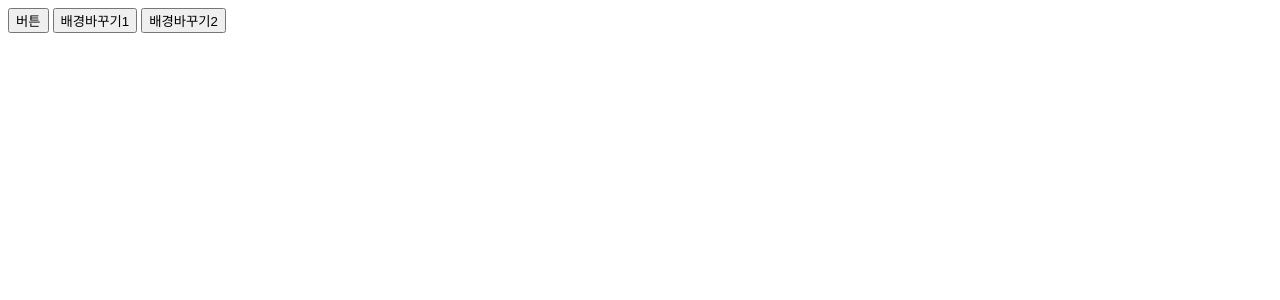
Repository: song-bean/Web_song
Page: 03_JavaScript/src/main/webapp/01_basic/Ex08.html
These files come from the project's save history. The page is drawn as it stood at one moment and after the next save; the edit follows.
The browser window is 1280 px wide. The pictures show the whole page.

Above is the page before, as saved 2023-02-24 06:23:13.

After the next save:
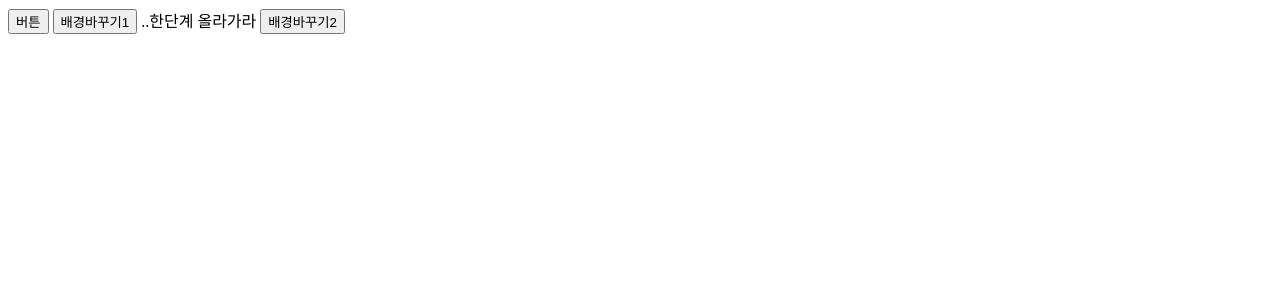
Saved 39 s later.
--- a/03_JavaScript/src/main/webapp/01_basic/Ex08.html
+++ b/03_JavaScript/src/main/webapp/01_basic/Ex08.html
@@ -22,7 +22,7 @@
 	<form>
 		<input type="button" value="버튼" onClick="alert('alert입니다.')">
 
-		<input type="button" value="배경바꾸기1" onClick="bg('Users/songnayoung/Web_song/03_JavaScript/src/main/webapp/images/bg12.jpg')">
+		<input type="button" value="배경바꾸기1" onClick="bg('./../images/')"> ..한단계 올라가라
 		<input type="button" value="배경바꾸기2" onClick="bg()">
 	</form>
 </body>

After the save that followed:
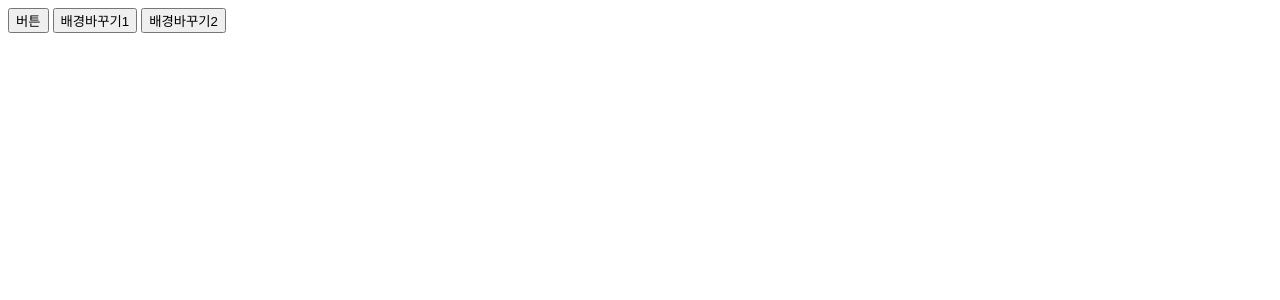
Saved 3 s later.
--- a/03_JavaScript/src/main/webapp/01_basic/Ex08.html
+++ b/03_JavaScript/src/main/webapp/01_basic/Ex08.html
@@ -22,7 +22,7 @@
 	<form>
 		<input type="button" value="버튼" onClick="alert('alert입니다.')">
 
-		<input type="button" value="배경바꾸기1" onClick="bg('./../images/')"> ..한단계 올라가라
+		<input type="button" value="배경바꾸기1" onClick="bg('./../images/')"> <!-- ..한단계 올라가라 -->
 		<input type="button" value="배경바꾸기2" onClick="bg()">
 	</form>
 </body>
